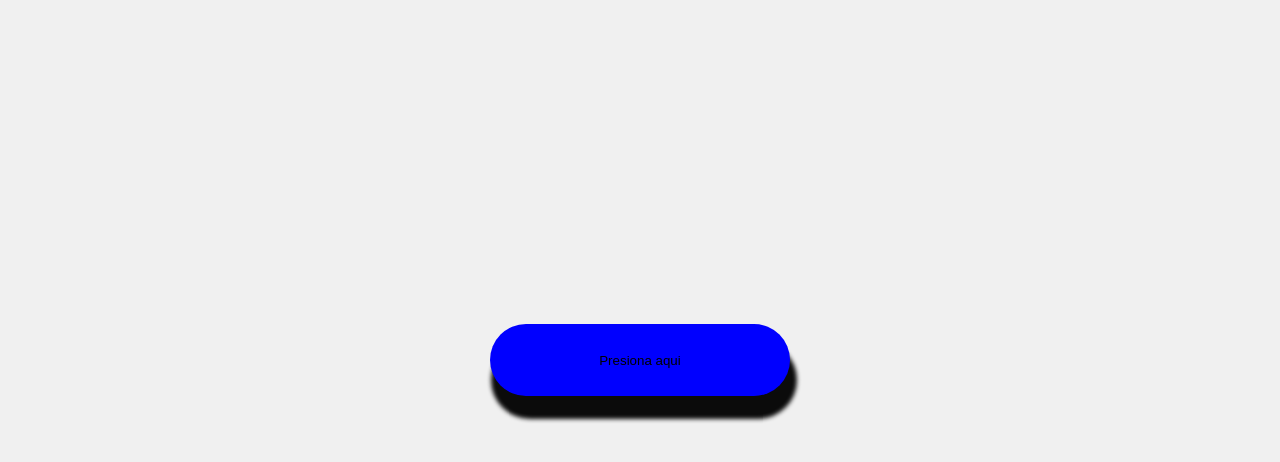
Repository: ye909/secreto
Page: inicio.html
These files come from the project's save history. The page is drawn as it stood at one moment and after the next save; the edit follows.
The browser window is 1280 px wide. The pictures show the whole page.
The pointer rests on the first visible `#btn`.

Above is the page before, as saved 2025-02-20 21:34:57.

After the next save:
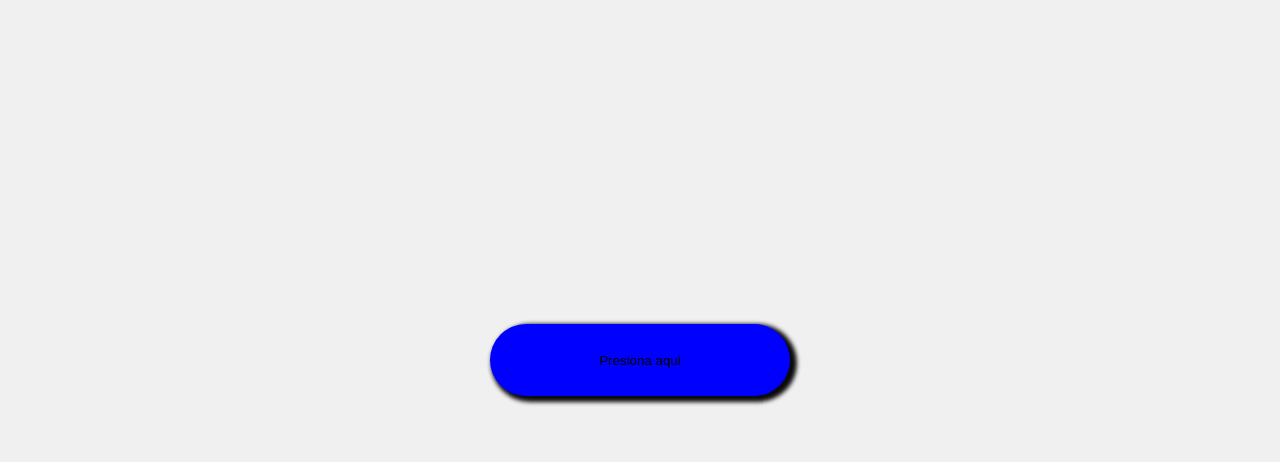
Saved 8 s later.
--- a/inicio.css
+++ b/inicio.css
@@ -36,6 +36,6 @@ body, html {
 }
 #btn:hover{
     background: blue;
-    box-shadow: rgb(11, 11, 11) 4px 20px 4px 3px ;
+    box-shadow: rgb(11, 11, 11) 4px 3px 4px 3px ;
 
 }
